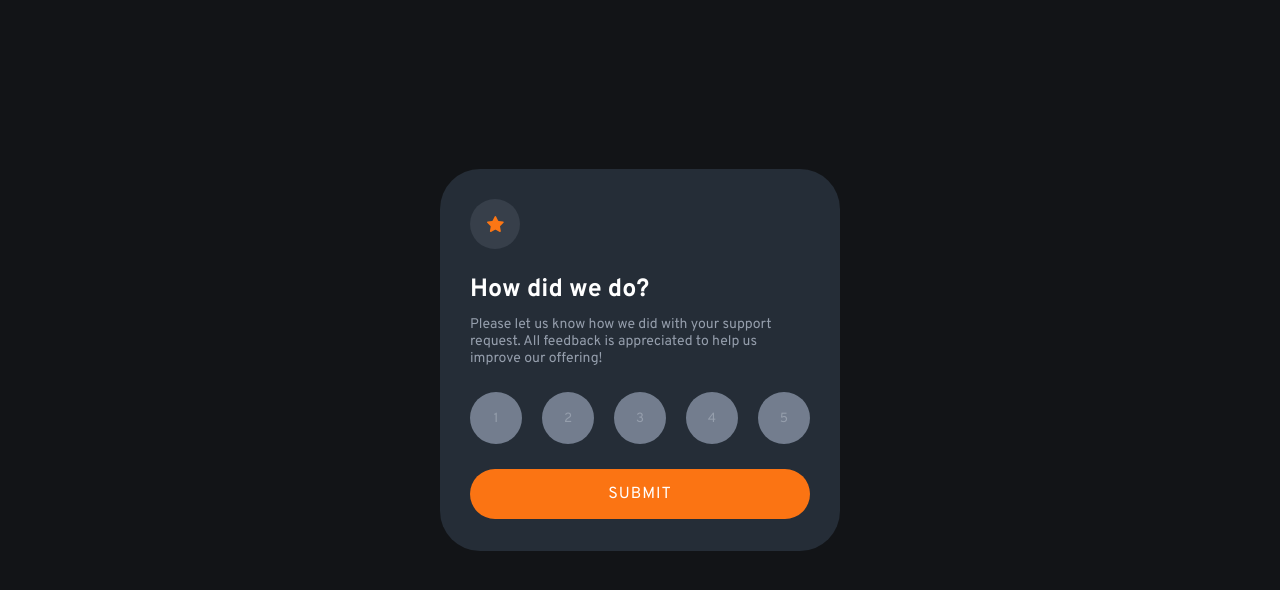
Repository: itbeginswithi/FrontebdMentor
Page: / (app in interactive-rating-component-main/)
An editor plug-in stored every save of this project. The page is shown before and after a run of saves, followed by the edit.
The browser window is 1280 px wide. The pictures show the whole page.
The project was rebuilt for these pictures with package versions that can differ from the ones it lists, and the page was loaded fresh each time.

Above is the page before, as saved 2022-07-24 11:47:08.

After the next 2 saves:
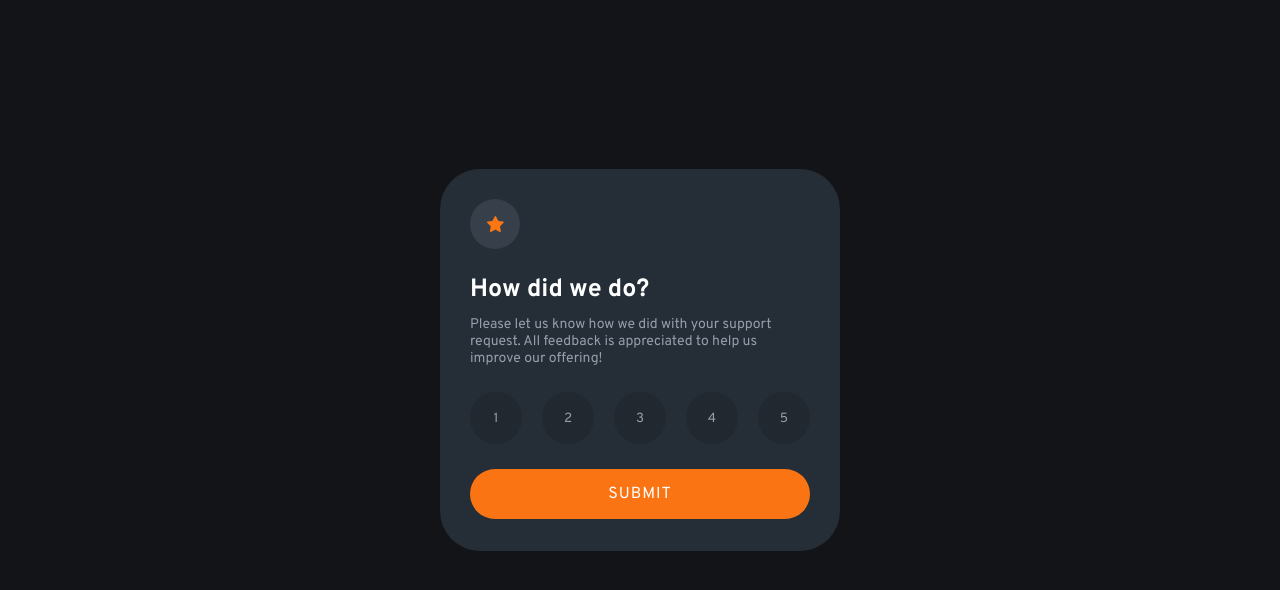
The 2 saves are shown as one change because they came seconds apart.
The last was saved 21 s later.
--- a/interactive-rating-component-main/src/App.scss
+++ b/interactive-rating-component-main/src/App.scss
@@ -72,7 +72,7 @@ main{
                 border: 0;
                 border-radius: 100vmax;
                 color: $light-grey;
-                background-color: rgba($medium-grey, 90%);
+                background-color: rgba($very-dark-blue, 20%);
                 cursor: pointer;
             }
         }
